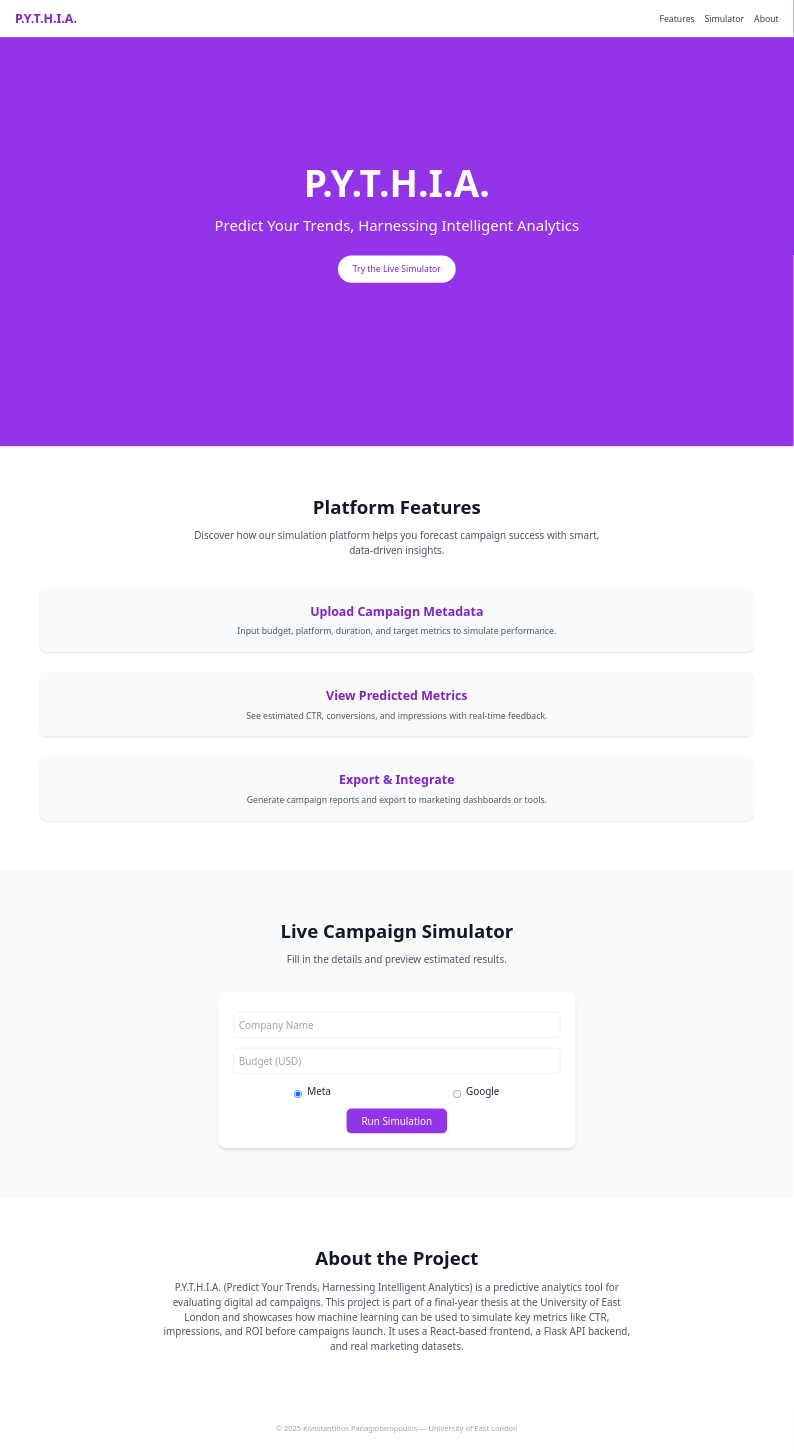
Repository: gaswiz/pythia-core
Page: / (app in frontend-v2/)
These files come from the project's save history. The page is drawn as it stood at one moment and after the next save; the edit follows.
The browser window is 1280 px wide. The pictures show the whole page, at 62% of full size.
Some web libraries are served in a nearby version. The project was rebuilt for these pictures with package versions that can differ from the ones it lists, and the page was loaded fresh each time. Also part of the build but not shown: frontend-v2/vite.config.js.

Above is the page before, as saved 2025-05-28 00:18:30.

After the next save:
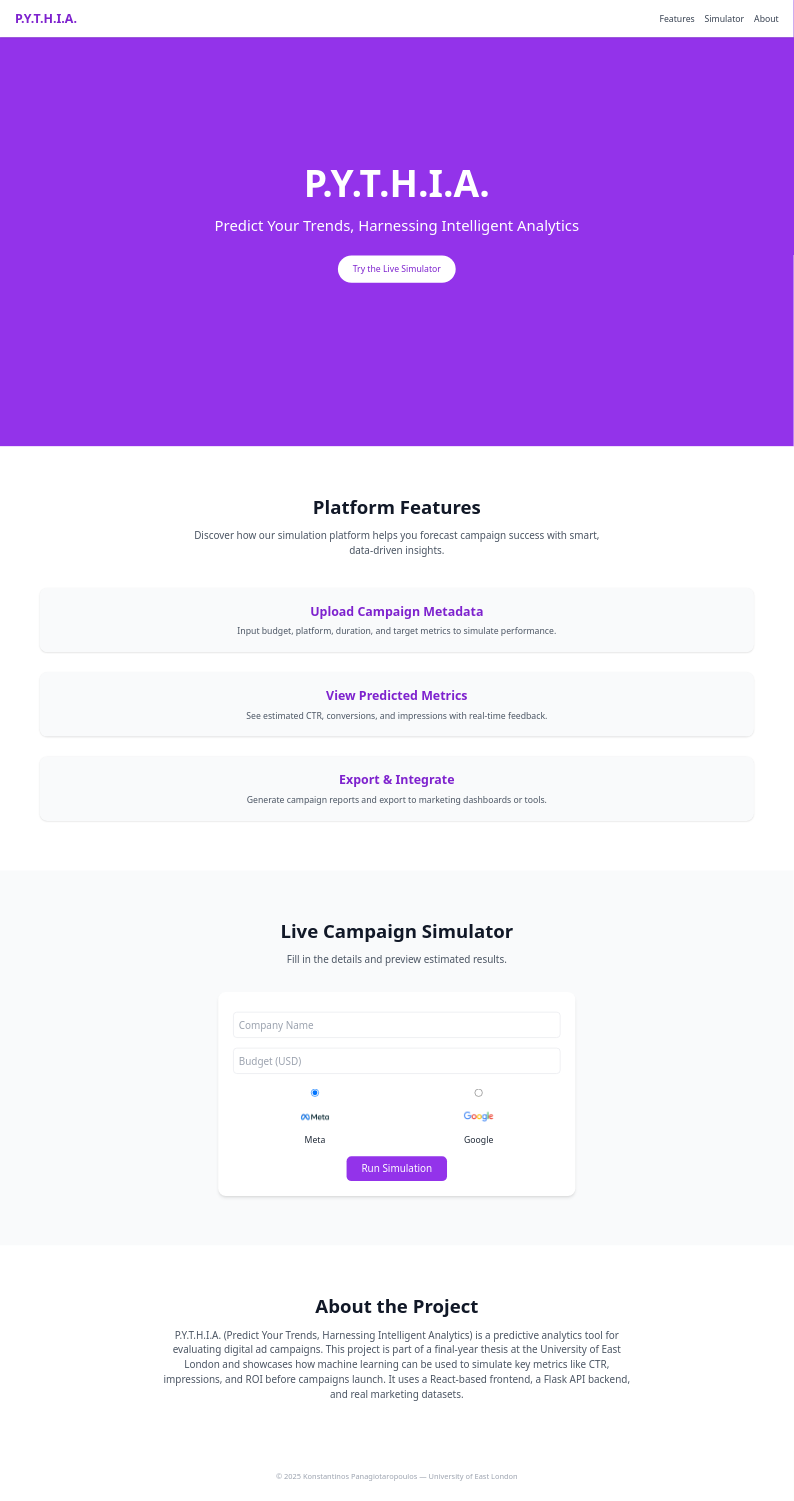
Saved 75 s later.
--- a/frontend-v2/src/components/Simulation.jsx
+++ b/frontend-v2/src/components/Simulation.jsx
@@ -1,9 +1,10 @@
 /*
   File: /src/components/Simulation.jsx
-  Description: User input form with simulated predictions for advertising campaigns.
+  Description: Updated with animated chart and Meta/Google images
 */
 
 import React, { useState } from 'react';
+import { BarChart, Bar, XAxis, YAxis, Tooltip, ResponsiveContainer } from 'recharts';
 
 export default function Simulation() {
   const [company, setCompany] = useState('');
@@ -13,7 +14,6 @@
 
   const handleSubmit = (e) => {
     e.preventDefault();
-
     const dummyResults = {
       impressions: budget * 50,
       ctr: budget > 500 ? 2.8 : 1.1,
@@ -21,6 +21,14 @@
     };
     setResults(dummyResults);
   };
+
+  const chartData = results
+    ? [
+        { name: 'Impressions', value: results.impressions },
+        { name: 'CTR (%)', value: results.ctr },
+        { name: 'Conversions', value: results.conversions },
+      ]
+    : [];
 
   return (
     <section id="simulation" className="py-20 px-6 bg-gray-50 text-center">
@@ -43,30 +51,36 @@
           required
         />
 
-        <div className="flex justify-around">
-          <label className="flex items-center space-x-2">
+        <div className="flex justify-around items-center mt-2">
+          <label className="flex flex-col items-center">
             <input
               type="radio"
+              name="platform"
               value="meta"
               checked={platform === 'meta'}
               onChange={() => setPlatform('meta')}
+              className="mb-2"
             />
-            <span>Meta</span>
+            <img src="/meta.png" alt="Meta" className="w-12 h-12" />
+            <span className="text-sm mt-1">Meta</span>
           </label>
-          <label className="flex items-center space-x-2">
+          <label className="flex flex-col items-center">
             <input
               type="radio"
+              name="platform"
               value="google"
               checked={platform === 'google'}
               onChange={() => setPlatform('google')}
+              className="mb-2"
             />
-            <span>Google</span>
+            <img src="/google.png" alt="Google" className="w-12 h-12" />
+            <span className="text-sm mt-1">Google</span>
           </label>
         </div>
 
         <button
           type="submit"
-          className="bg-purple-600 text-white px-6 py-2 rounded-lg hover:bg-purple-700"
+          className="bg-purple-600 text-white px-6 py-2 rounded-lg hover:bg-purple-700 transition"
         >
           Run Simulation
         </button>
@@ -75,9 +89,14 @@
       {results && (
         <div className="mt-10 max-w-xl mx-auto bg-white p-6 rounded-xl shadow-md">
           <h3 className="text-xl font-bold text-gray-900 mb-4">Predicted Results</h3>
-          <p><strong>Estimated Impressions:</strong> {results.impressions}</p>
-          <p><strong>Click-Through Rate (CTR):</strong> {results.ctr}%</p>
-          <p><strong>Expected Conversions:</strong> {results.conversions}</p>
+          <ResponsiveContainer width="100%" height={250}>
+            <BarChart data={chartData}>
+              <XAxis dataKey="name" />
+              <YAxis />
+              <Tooltip />
+              <Bar dataKey="value" fill="#7c3aed" />
+            </BarChart>
+          </ResponsiveContainer>
         </div>
       )}
     </section>
